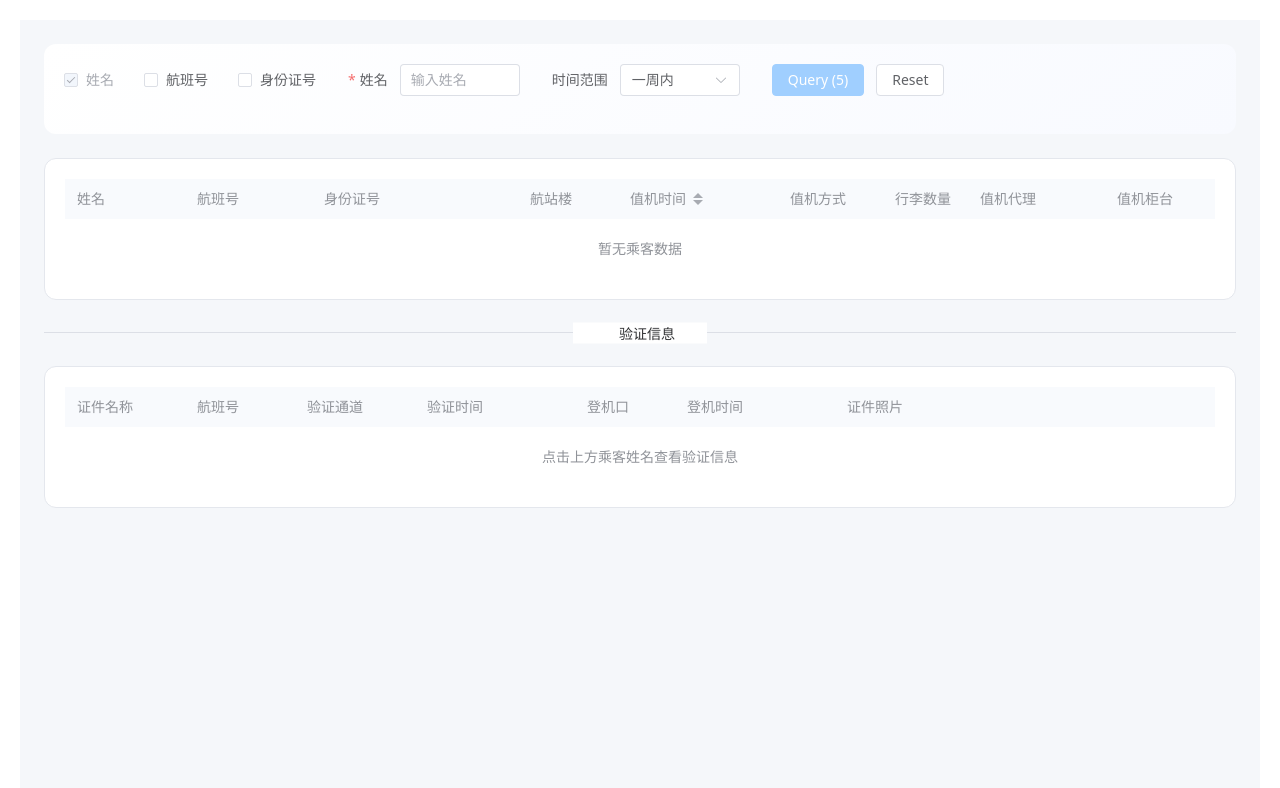
Repository: jhonMacTavish/through-baggage-info-check
Page: / (app in web/)
These files come from the project's save history. The page is drawn as it stood at one moment and after the next save; the edit follows.
The browser window is 1280 px wide. The pictures show the whole page.
The project was rebuilt for these pictures with package versions that can differ from the ones it lists, and the page was loaded fresh each time. Also part of the build but not shown: web/vite.config.js.

Above is the page before, as saved 2025-03-15 09:16:44.

After the next save:
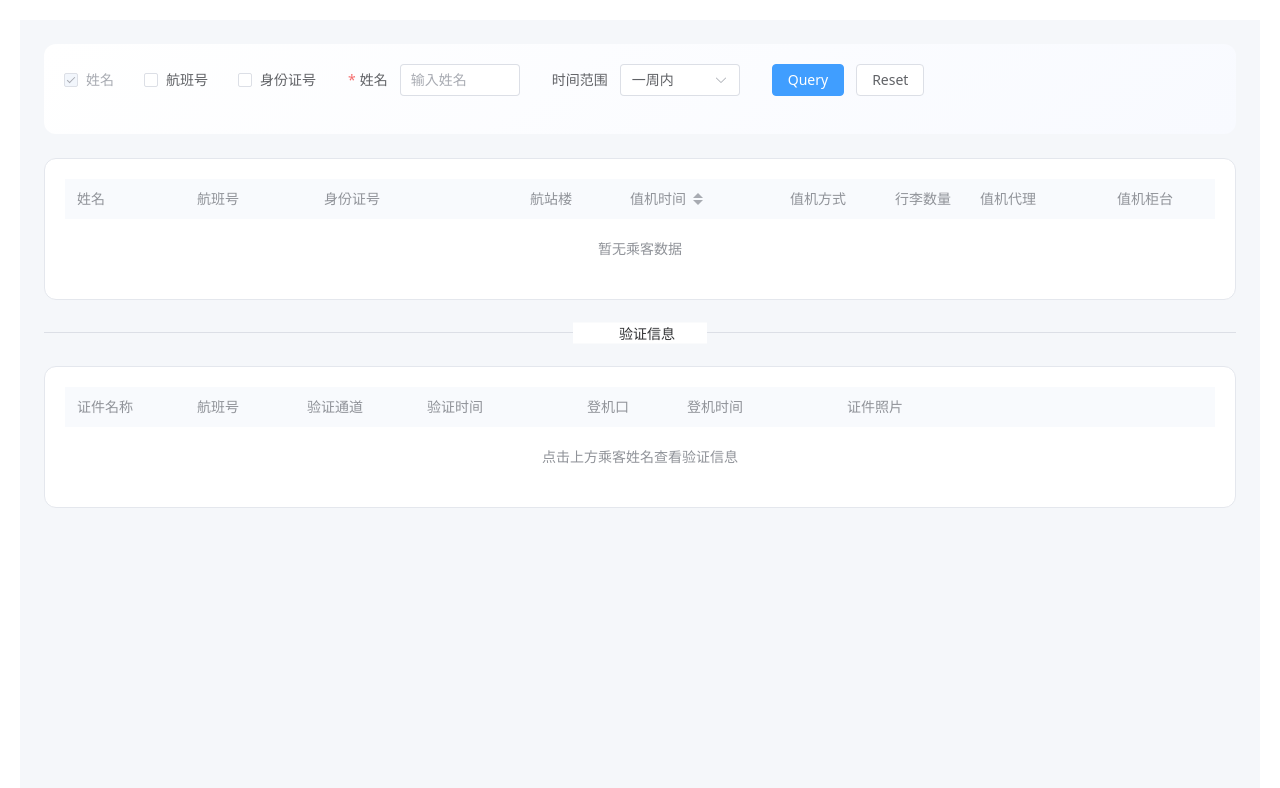
Saved 40 s later.
--- a/web/src/components/Header.vue
+++ b/web/src/components/Header.vue
@@ -2,7 +2,7 @@
  * @Author: john_mactavish 981192661@qq.com
  * @Date: 2025-03-12 09:20:58
  * @LastEditors: john_mactavish 981192661@qq.com
- * @LastEditTime: 2025-03-15 09:15:49
+ * @LastEditTime: 2025-03-15 09:17:24
  * @FilePath: \passengerInfoSearch\web\src\components\Header.vue
  * @Description: 这是默认设置,请设置`customMade`, 打开koroFileHeader查看配置 进行设置: https://github.com/OBKoro1/koro1FileHeader/wiki/%E9%85%8D%E7%BD%AE
 -->
@@ -31,7 +31,7 @@
       </el-select>
     </el-form-item>
     <el-form-item>
-      <el-button type="primary" @click="onSubmit(ruleFormRef)" :disabled="btnDisabled">Query {{ btnDisabled ? `(${time})` : null
+      <el-button type="primary" @click="onSubmit(ruleFormRef)" :disabled="btnDisabled">Query {{ btnDisabled ? `( ${time} )` : null
         }}</el-button>
       <el-button @click="handleChange">Reset</el-button>
     </el-form-item>
@@ -92,7 +92,7 @@ const rules = reactive<FormRules<typeof ruleForm>>({
 
 let timer = null;
 const time = ref(5);
-const btnDisabled = ref(true);
+const btnDisabled = ref(false);
 
 const handleChange = () => {
   Object.keys(ruleForm).forEach(key => {
